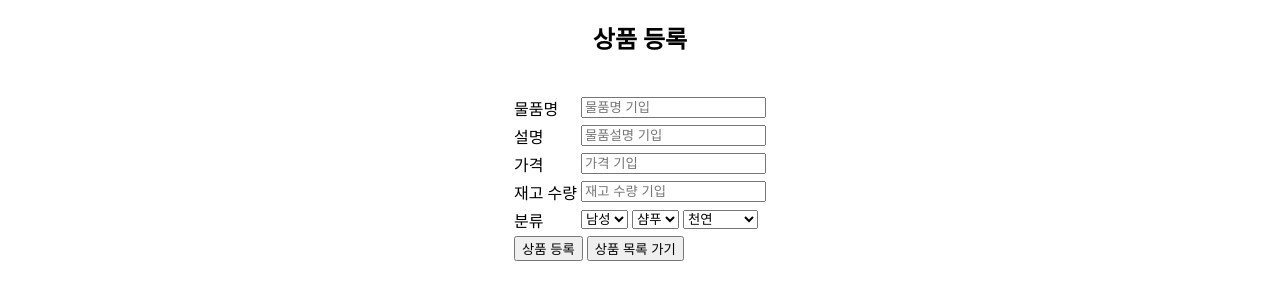
Repository: zxcvb2355/product
Page: http://localhost/product/WEB-INF/view/product/productInsertForm.jsp
An editor plug-in stored every save of this project. The page is shown before and after the next save, followed by the edit.
The browser window is 1280 px wide. The pictures show the whole page.
The page is served by Tomcat 9. Nobody is signed in. Other server files are loaded and not shown. The template is opened directly, without the code that normally fills it, so the values that code supplies are empty.

Above is the page before, as saved 2023-02-03 05:48:56.

### product/webapp/WEB-INF/view/product/productInsertForm.jsp
<%@ page language="java" contentType="text/html; charset=UTF-8"
    pageEncoding="UTF-8"%>
<!DOCTYPE html>
<html>
<head>
<meta charset="UTF-8">
<title>상품 등록</title>
</head>
<body>
<h2 style="text-align:center;">상품 등록</h2><br>
<form id="insert" name="insert">
<table align="center">
<tr>
<td>물품명</td>
<td><input type="text" id="pname" name="pname" placeholder="물품명 기입"></td>
</tr>
<tr>
<td>설명</td>
<td><input type="textarea" id="pcontent" name="pcontent" placeholder="물품설명 기입">
</td>
</tr>
<tr>
<td>가격</td>
<td><input type="text" id="ppay" name="ppay" placeholder="가격 기입"></td>
</tr>
<tr>
<td>재고 수량</td>
<td><input type="text" id="pcount" name="pcount" placeholder="재고 수량 기입"></td>
</tr>
<tr>
<td>분류</td>
<td><select id="p1">
	<option value="01" id="pcate1" selected>남성</option>
	<option value="02" id="pcate2">여성</option>
</select>
<select id="pc">
	<option value="01" id="pcate_d1" selected>샴푸</option>
	<option value="02" id="pcate_d2">로션</option>
</select>
<select id="de">
	<option value="01" id="detail_p2" selected>천연</option>
	<option value="02" id="detail_p3">모공 축소</option>
	<option value="03" id="detail_p4">향기</option>
	<option value="04" id="detail_p5">기타</option>
</select>
</td>
<input type="hidden" id="pcategory" name="pcategory" value="">
<input type="hidden" id="pcategory_detail" name="pcategory_detail" value="">
<input type="hidden" id="detail_product" name="detail_product" value="">
</tr>
<tr>
<td colspan="2"><input type="button" id="insertBtn" value="상품 등록">
<input type="button" id="selectBtn" value="상품 목록 가기">
</td>
</tr>
</table>

</form>
</body>
</html>

After the next save:
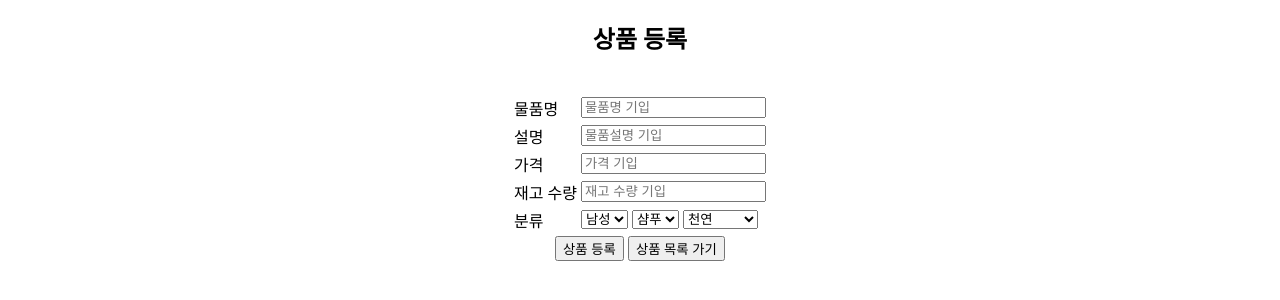
Saved 36 s later.
--- a/product/webapp/WEB-INF/view/product/productInsertForm.jsp
+++ b/product/webapp/WEB-INF/view/product/productInsertForm.jsp
@@ -49,7 +49,7 @@
 <input type="hidden" id="detail_product" name="detail_product" value="">
 </tr>
 <tr>
-<td colspan="2"><input type="button" id="insertBtn" value="상품 등록">
+<td colspan="2" style="text-align:center;"><input type="button" id="insertBtn" value="상품 등록">
 <input type="button" id="selectBtn" value="상품 목록 가기">
 </td>
 </tr>
